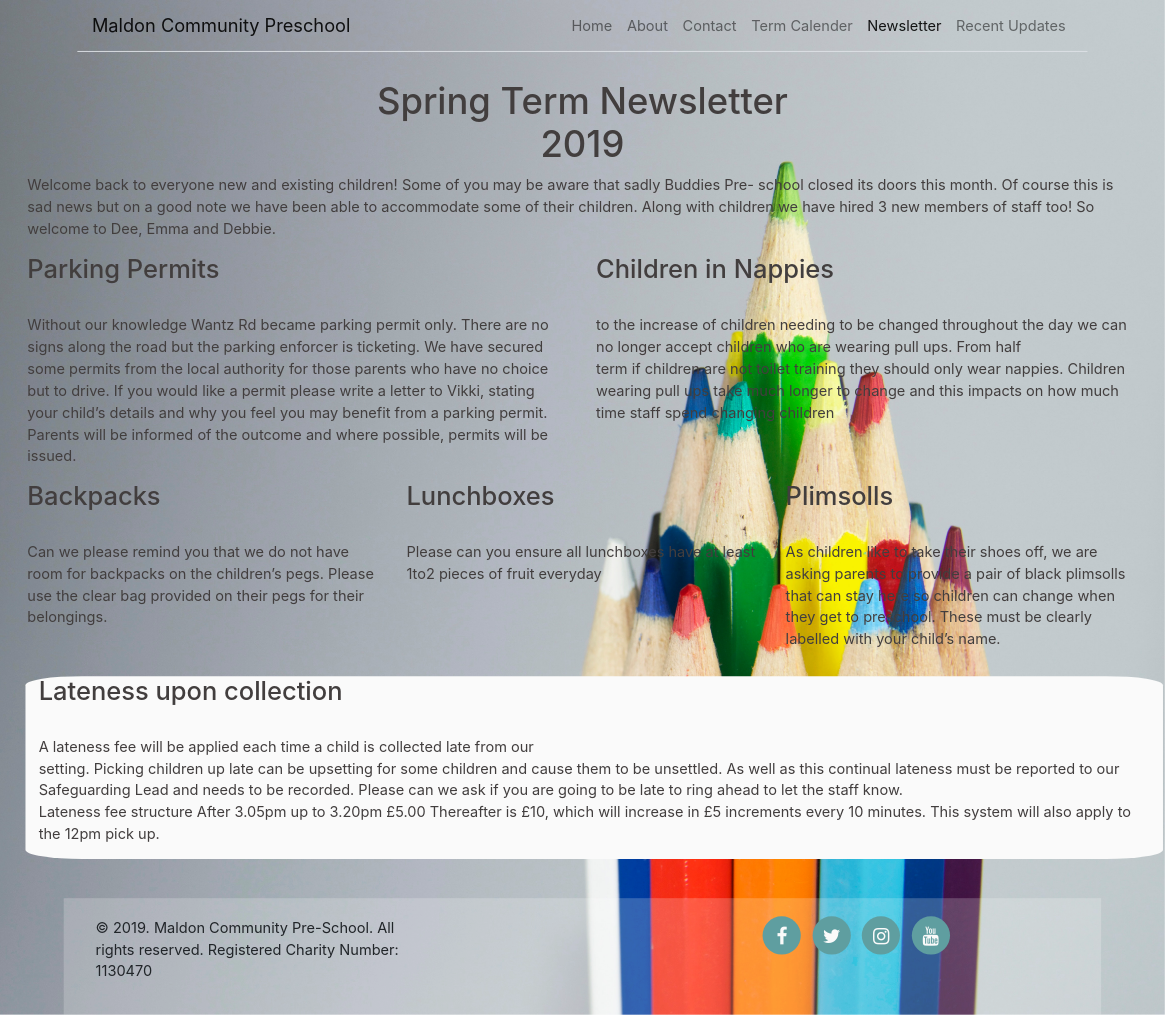
Repository: parkslee/milestone_1
Page: newsletter.html
The author's editor kept a record of every edit. The page is drawn from the files as they stood at one moment, then again after the next edit.
The browser window is 1280 px wide. The pictures show the whole page, at 91% of full size.
Some web libraries are served in a nearby version.

Above is the page before.

### newsletter.html
<!DOCTYPE html>
<html lang="en">

<head>
    <meta charset="UTF-8">
    <meta name="viewport" content="width=device-width, initial-scale=1.0">
    <meta http-equiv="X-UA-Compatible" content="ie=edge">
    <link rel="stylesheet" href="https://maxcdn.bootstrapcdn.com/bootstrap/4.2.1/css/bootstrap.min.css"
        type="text/css" />
    <link rel="stylesheet" href="https://maxcdn.bootstrapcdn.com/font-awesome/4.7.0/css/font-awesome.min.css"
        type="text/css" />
    <link rel="stylesheet" href="https://cdnjs.cloudflare.com/ajax/libs/hover.css/2.1.1/css/hover-min.css"
        type="text/css" />
    <link rel="stylesheet" href="assets\css\style.css">
    <title>newsletter</title>
</head>

<body class="newsletter-image">

    <header>
        <!----------------------------------------------------------------navigation-->
        <div class="container">
            <nav class="navbar navbar-expand-lg navbar-light bg-light border-bottom news-nav">
                <a class="navbar-brand" href="./index.html">Maldon Community Preschool</a>
                <button class="navbar-toggler" type="button" data-toggle="collapse" data-target="#navbarNav"
                    aria-controls="navbarNav" aria-expanded="false" aria-label="Toggle navigation">
                    <span class="navbar-toggler-icon"></span>
                </button>
                <div class="collapse navbar-collapse" id="navbarNav">
                    <ul class="navbar-nav text-center ml-auto">
                        <li class="nav-item">

                            <a class="nav-link" href="./index.html">Home </a>
                        </li>
                        <li class="nav-item">
                            <a class="nav-link" href="./about.html">About</a>
                        </li>
                        <li class="nav-item">
                            <a class="nav-link" href="./contact.html">Contact</a>
                        </li>
                        <li class="nav-item">
                            <a class="nav-link" href="./calender.html">Term Calender</a>
                        </li>
                        <li class="nav-item active">
                            <a class="nav-link" href="./newsletter.html">Newsletter<span
                                    class="sr-only">(current)</span></a>
                        </li>
                        <li class="nav-item newstext">
                            <a class="nav-link" href="./updates.html">Recent Updates</a>
                        </li>
                    </ul>
                </div>
            </nav>
        </div>
    </header>
    <div class="newsletter-content">
        <div class="row">
            <div class="col">
                <h1>Spring Term Newsletter

                    <br>2019</h1>

                <p>Welcome back to everyone
                    new and existing children!
                    Some of you may be aware
                    that sadly Buddies Pre-
                    school closed its doors this
                    month. Of course this is
                    sad news but on a good
                    note we have been able to
                    accommodate some of
                    their children. Along with
                    children we have hired 3
                    new members of staff too!
                    So welcome to Dee, Emma
                    and Debbie.</p>

            </div>
        </div>
        <div class="row">
            <div class="col-sm-12 col-md-6">
                <h3>Parking Permits</h3>
                <br>
                <p> Without our knowledge
                    Wantz Rd became parking
                    permit only. There are no
                    signs along the road but
                    the parking enforcer is
                    ticketing. We have secured
                    some permits from the
                    local authority for those
                    parents who have no
                    choice but to drive. If you
                    would like a permit please
                    write a letter to Vikki,
                    stating your child’s details
                    and why you feel you may
                    benefit from a parking
                    permit. Parents will be
                    informed of the outcome
                    and where possible,
                    permits will be issued.</p>

            </div>

            <div class="col-sm-12 col-md-6">
                <h3>Children in Nappies</h3>
<br>
                <p> to the increase of
                    children needing to be
                    changed throughout the
                    day we can no longer
                    accept children who are
                    wearing pull ups. From half
                    <br>

                    term if children are not
                    toilet training they should
                    only wear nappies.
                    Children wearing pull ups
                    take much longer to
                    change and this impacts on
                    how much time staff spend
                    changing children</p>

            </div>


        </div>

        <div class="row">
            <div class="col-sm-6 col-md-4">
                <h3>Backpacks</h3>
                <br>
                <p>Can we please remind you
                    that we do not have room
                    for backpacks on the
                    children’s pegs. Please use
                    the clear bag provided on
                    their pegs for their
                    belongings.</p>

            </div>

            <div class="col-sm-6 col-md-4">
                <h3> Lunchboxes</h3>
                <br>
                <p>Please can you ensure all
                    lunchboxes have at least
                    1to2 pieces of fruit
                    everyday</p>
            </div>

            <div class="col-sm-12 col-md-4">

                <h3> Plimsolls</h3>
                <br>
                <p>As children like to take
                    their shoes off, we are
                    asking parents to provide a
                    pair of black plimsolls that
                    can stay here so children
                    can change when they get
                    to preschool. These must
                    be clearly labelled with
                    your child’s name.</p>

            </div>

        </div>

        <div class="row">
            <div class="col-sm-12 newsletter-blocks">
                   <h3>Lateness upon collection</h3>
                   <br>
                   <p>A lateness fee will be
                    applied each time a child is
                    collected late from our
                    <br>
                    setting. Picking children up
                    late can be upsetting for
                    some children and cause
                    them to be unsettled. As
                    well as this continual
                    lateness must be reported
                    to our Safeguarding Lead
                    and needs to be recorded.
                    Please can we ask if you
                    are going to be late to ring
                    ahead to let the staff
                    know.<br>
                    Lateness fee structure
                    After 3.05pm up to 3.20pm
                    £5.00
                    Thereafter is £10, which
                    will increase in £5
                    increments every 10
                    minutes. This system will
                    also apply to the 12pm pick
                    up.</p>
            </div>
        </div>


    </div>


   <!---------------------------first footer only displayed on desktop view-------------------->
    <!------https://medium.com/wdstack/bootstrap-4-hidden-visible-dd969a4c5854 tutorial for display properties bootstrap---->
    <div class="container">
            <footer class="d-none d-md-block">



                <div id="footer-details" class="row">
                    <div class="col-sm-4">
                        <p class="inline-block charity">
                            © 2019. Maldon Community Pre-School. All rights reserved.
                            Registered Charity Number: 1130470 </p>
                    </div>

                    <div class="col-sm-4 ml-auto">
                         <ul class="list-inline social-links">
                            <li class="list-inline-item">
                                <a target="_blank" href="https://facebook.com">
                                    <i class="fa fa-facebook" aria-hidden="true"></i>
                                    <span class="sr-only">Facebook</span>
                                </a>
                            </li>
                            <li class="list-inline-item">
                                <a target="_blank" href="https://twitter.com">
                                    <i class="fa fa-twitter" aria-hidden="true"></i>
                                    <span class="sr-only">Twitter</span>
                                </a>
                            </li>
                            <li class="list-inline-item">
                                <a target="_blank" href="https://instagram.com">
                                    <i class="fa fa-instagram" aria-hidden="true"></i>
                                    <span class="sr-only">Instagram</span>
                                </a>
                            </li>
                            <li class="list-inline-item">
                                <a target="_blank" href="https://youtube.com">
                                    <i class="fa fa-youtube" aria-hidden="true"></i>
                                    <span class="sr-only">YouTube</span>
                                </a>
                            </li>
                        </ul>
                    </div>
                </div>
            </footer>
        </div>



        <!----second footer for mobile view (charity number hidden as to cluttered on mobile view)  -->
        <!------https://medium.com/wdstack/bootstrap-4-hidden-visible-dd969a4c5854 tutorial for display properties bootstrap---->
        <footer class="d-md-none">
            <div id="footer-mobile">
                <ul class="list-inline social-links">
                    <li class="list-inline-item">
                        <a target="_blank" href="https://facebook.com">
                            <i class="fa fa-facebook" aria-hidden="true"></i>
                            <span class="sr-only">Facebook</span>
                        </a>
                    </li>
                    <li class="list-inline-item">
                        <a target="_blank" href="https://instagram.com">
                            <i class="fa fa-instagram" aria-hidden="true"></i>
                            <span class="sr-only">Instagram</span>
                        </a>
                    </li>
                    <li class="list-inline-item">
                        <a target="_blank" href="https://youtube.com">
                            <i class="fa fa-youtube" aria-hidden="true"></i>
                            <span class="sr-only">YouTube</span>
                        </a>
                    </li>
                </ul>
            </div>
        </footer>

    <script src="https://code.jquery.com/jquery-3.3.1.slim.min.js"
        integrity="sha384-q8i/X+965DzO0rT7abK41JStQIAqVgRVzpbzo5smXKp4YfRvH+8abtTE1Pi6jizo"
        crossorigin="anonymous"></script>
    <script src="https://cdnjs.cloudflare.com/ajax/libs/popper.js/1.14.7/umd/popper.min.js"
        integrity="sha384-UO2eT0CpHqdSJQ6hJty5KVphtPhzWj9WO1clHTMGa3JDZwrnQq4sF86dIHNDz0W1"
        crossorigin="anonymous"></script>
    <script src="https://stackpath.bootstrapcdn.com/bootstrap/4.3.1/js/bootstrap.min.js"
        integrity="sha384-JjSmVgyd0p3pXB1rRibZUAYoIIy6OrQ6VrjIEaFf/nJGzIxFDsf4x0xIM+B07jRM"
        crossorigin="anonymous"></script>
</body>

</html>

### assets/css/style.css

/*---------------------------------------------------------index.html---------------*/

.bgimage {
    background-image: url(../images/home-bg.jpg);
    background-size: cover;
    height: 100vh;
    background-repeat: no-repeat;
}

.bg-light {
    background-color: rgb(255, 255, 255, 0.0) !important;
}

.jumbotron {
    margin: 5% 5%;
    box-shadow: 10px 10px rgb(95, 158, 160, 0.5);
    background-color: rgb(255, 240, 245, 0.8);
}



.btn-primary {
    color: #fafafa;
    background-color: #866ecd;
    border-color: #866ccd;
}

.newsletter {
    background-color:#fafafa;
    position: relative;
    color: #423e3e;
    margin-bottom: 20px;

    padding: 30px;
    border-radius: 5%;

}
.newsletter h1{
   padding-top: 5px;
    text-align: center;
}

.updates-index {
    background-color: rgb(95, 158, 160);
    color:#423e3e;
    margin-bottom: 20px;
    border-radius: 5%;
    padding: 50px;
}

.updates-index h1{
    text-align: center;
}


/*-------------------------------------------------------footer------------*/

.social-links {
    padding-bottom: 0px;
}

.social-links li a i {
    width: 42px;
    height: 42px;
    padding: 12px 0;
    border-radius: 50%;
    font-size: 21px;
    line-height: 19px;
    text-align: center;
    color: #fafafa;
    background: cadetblue;
    transition: all 0.35s ease-in-out;
    -moz-transition: all 0.35s ease-in-out;
    -webkit-transition: all 0.35s ease-in-out;
    -o-transition: all 0.35s ease-in-out;
}

.social-links li a i:hover {
    background: #dc3545;
}

#footer-details {
    padding: 20px;
    background-color: rgb(255, 255, 255, 0.2);
    position: relative;
    left: 0;
    bottom: 0;
}

#footer-mobile {
    padding: 20px;
    background-color: rgb(255, 255, 255, 0.0);
    width: 100%;
    text-align: center;
}

/*---------------------------------------------------------------contact page--------------------*/

.contact-image {
    background-image: url(../images/contact-bg.jpg);
    background-size: cover;
    height: 100%;
    background-repeat: no-repeat;
}

form{
    margin: 20px;
}

.form-control{
    background-color: rgb(255, 240, 245,0.8);
}

.contact-btn{
    background-color: cadetblue;
    border-color: cadetblue;
}

/*------------------------------------------------------------------------- About--------------*/
.about-image{
    background-image: url(../images/about-bg.jpg);
    background-size: cover;
    height: 100%;
    background-repeat: no-repeat;
    background-position: 55%;

}

.about-content{
    text-align: center;
        color: #423e3e;

}

/*-------------------------------------------------------------------------calender---------------*/
.calender-image{
    background-image: url(../images/pencil_glass.jpg);
    background-size: cover;
    height: 100%;
    background-repeat: no-repeat;
    background-position: 55%;

}

/*------------------------------------------time line--------------------*/
/*-------bootstrap time line - https://bootsnipp.com/snippets/OzQj-------*/

.timeline {
    list-style: none;
    padding: 20px 0 20px;
    position: relative;
}

    .timeline:before {
        top: 0;
        bottom: 0;
        position: absolute;
        content: " ";
        width: 3px;
        background-color: #eeeeee;
        left: 50%;
        margin-left: -1.5px;
    }

    .timeline > li {
        margin-bottom: 20px;
        position: relative;
    }

        .timeline > li:before,
        .timeline > li:after {
            content: " ";
            display: table;
        }

        .timeline > li:after {
            clear: both;
        }

        .timeline > li:before,
        .timeline > li:after {
            content: " ";
            display: table;
        }

        .timeline > li:after {
            clear: both;
        }

        .timeline > li > .timeline-panel {
            width: 46%;
            float: left;
            border: 1px solid #d4d4d4;
            border-radius: 2px;
            padding: 20px;
                background-color: #fafafa;
            position: relative;
            -webkit-box-shadow: 0 1px 6px rgba(0, 0, 0, 0.175);
            box-shadow: 0 1px 6px rgba(0, 0, 0, 0.175);
        }

            .timeline > li > .timeline-panel:before {
                position: absolute;
                top: 26px;
                right: -15px;
                display: inline-block;
                border-top: 15px solid transparent;
                border-left: 15px solid #ccc;
                border-right: 0 solid #ccc;
                border-bottom: 15px solid transparent;
                content: " ";
            }

            .timeline > li > .timeline-panel:after {
                position: absolute;
                top: 27px;
                right: -14px;
                display: inline-block;
                border-top: 14px solid transparent;
                border-left: 14px solid #fff;
                border-right: 0 solid #fff;
                border-bottom: 14px solid transparent;
                content: " ";
            }

        .timeline > li > .timeline-badge {
            color: #fff;
            width: 50px;
            height: 50px;
            line-height: 50px;
            font-size: 1.4em;
            text-align: center;
            position: absolute;
            top: 16px;
            left: 50%;
            margin-left: -25px;
            background-color: #999999;
            z-index: 100;
            border-top-right-radius: 50%;
            border-top-left-radius: 50%;
            border-bottom-right-radius: 50%;
            border-bottom-left-radius: 50%;
        }

        .timeline > li.timeline-inverted > .timeline-panel {
            float: right;
        }

            .timeline > li.timeline-inverted > .timeline-panel:before {
                border-left-width: 0;
                border-right-width: 15px;
                left: -15px;
                right: auto;
            }

            .timeline > li.timeline-inverted > .timeline-panel:after {
                border-left-width: 0;
                border-right-width: 14px;
                left: -14px;
                right: auto;
            }

.timeline-badge.primary {
    background-color: #2e6da4 !important;
}

.timeline-badge.success {
    background-color: #3f903f !important;
}

.timeline-badge.warning {
    background-color: #28a745 !important;
}

.timeline-badge.danger {
    background-color: #d9534f !important;
}

.timeline-badge.info {
    background-color: #5bc0de !important;
}

.timeline-title {
    margin-top: 0;
    color: inherit;
}

.timeline-body > p,
.timeline-body > ul {
    margin-bottom: 0;
}

    .timeline-body > p + p {
        margin-top: 5px;
    }

@media (max-width: 767px) {
    ul.timeline:before {
        left: 40px;
    }

    ul.timeline > li > .timeline-panel {
        width: calc(100% - 90px);
        width: -moz-calc(100% - 90px);
        width: -webkit-calc(100% - 90px);
    }

    ul.timeline > li > .timeline-badge {
        left: 15px;
        margin-left: 0;
        top: 16px;
    }

    ul.timeline > li > .timeline-panel {
        float: right;
    }

        ul.timeline > li > .timeline-panel:before {
            border-left-width: 0;
            border-right-width: 15px;
            left: -15px;
            right: auto;
        }

        ul.timeline > li > .timeline-panel:after {
            border-left-width: 0;
            border-right-width: 14px;
            left: -14px;
            right: auto;
        }
}

/*----------------------------------------------------------------newsletter.html-------------*/
.newsletter-image{
    background-image: url(../images/newsletter-bg.jpg);
    background-size: cover;
    height: 100%;
    background-repeat: no-repeat;
    background-position: 75%;
}



.newsletter-content{
        color: #423e3e;
    padding: 30px;
}

.newsletter-content h1{
    text-align: center;
}

.newsletter-blocks{
    background-color: #fafafa;
    border-radius: 5%;
    margin:1%;

}

.newsletter-blocks2{

    background-color: #fafafa;

}

/*------------------------------------------------------------------updates.html-----------*/
.updates-image{
    background-image: url(../images/crayon-bg.jpg);
    background-size: cover;
    height: 100%;
    background-repeat: no-repeat;
    background-position: 50%;
}

.updates{
       color: #423e3e;

    padding: 30px;
}

.updates h1{

    text-align: center;
}


.update-blocks{
    background-color: #fafafa;
    border-radius: 5%;
    margin:5px;

}


/*------------------------------------------------------------------------- media----------*/

@media only screen and (min-width: 768px) {


    .footer-details {
        position: absolute;
    }

    /*---contact page----*/
    form{
        margin: 50px;
    }

    .contact-image {
        height: 100%;

    }

}

After the next edit:
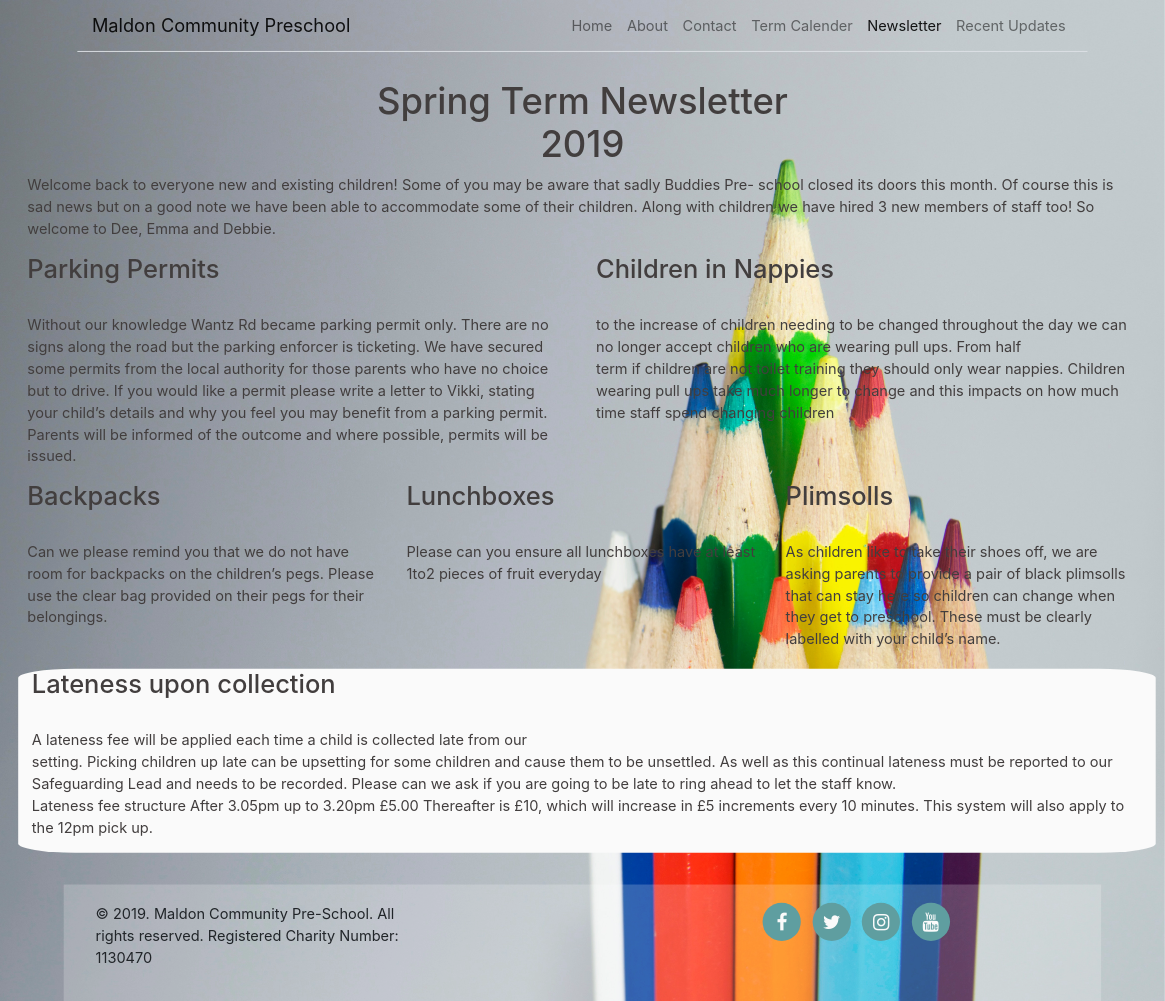
The edit:
--- a/assets/css/style.css
+++ b/assets/css/style.css
@@ -354,7 +354,7 @@
 .newsletter-blocks{
     background-color: #fafafa;
     border-radius: 5%;
-    margin:1%;
+    margin:5px;
 
 }
 
